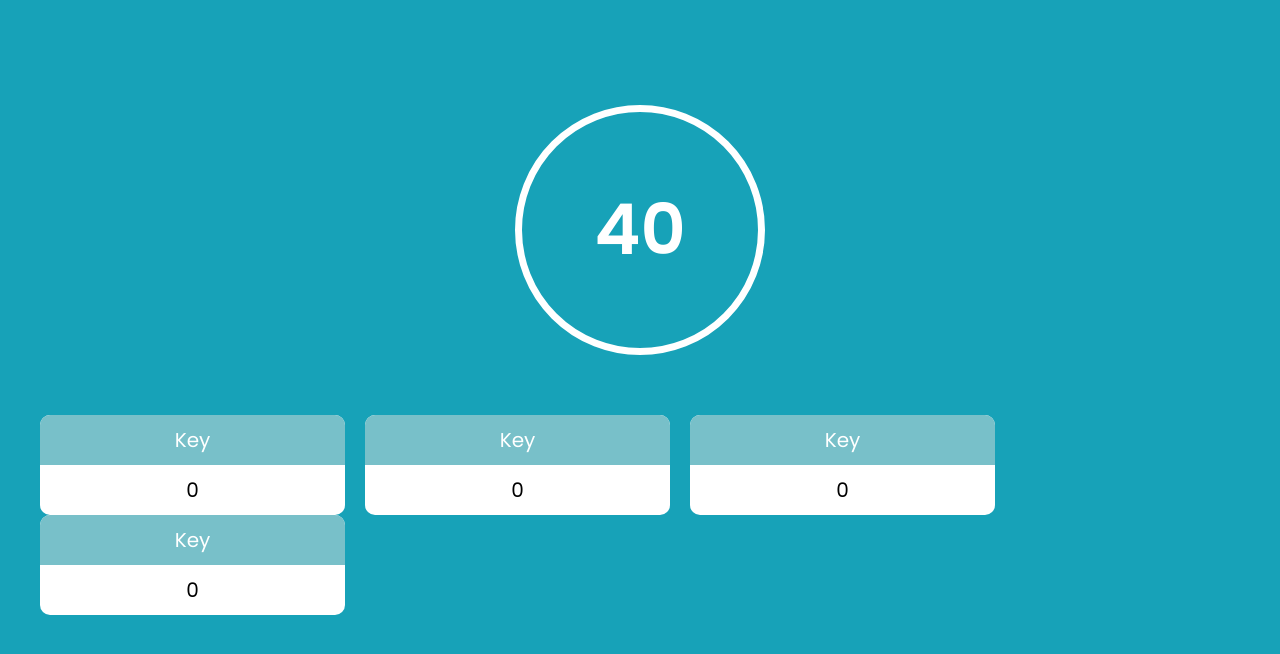
Repository: congnt98/Lean-javascript-in-project
Page: 30Days/6_Keydown/index.html
An editor plug-in stored every save of this project. The page is shown before and after a run of saves, followed by the edit.
The browser window is 1280 px wide. The pictures show the whole page.

Above is the page before, as saved 2024-02-22 10:28:26.

After the next 3 saves:
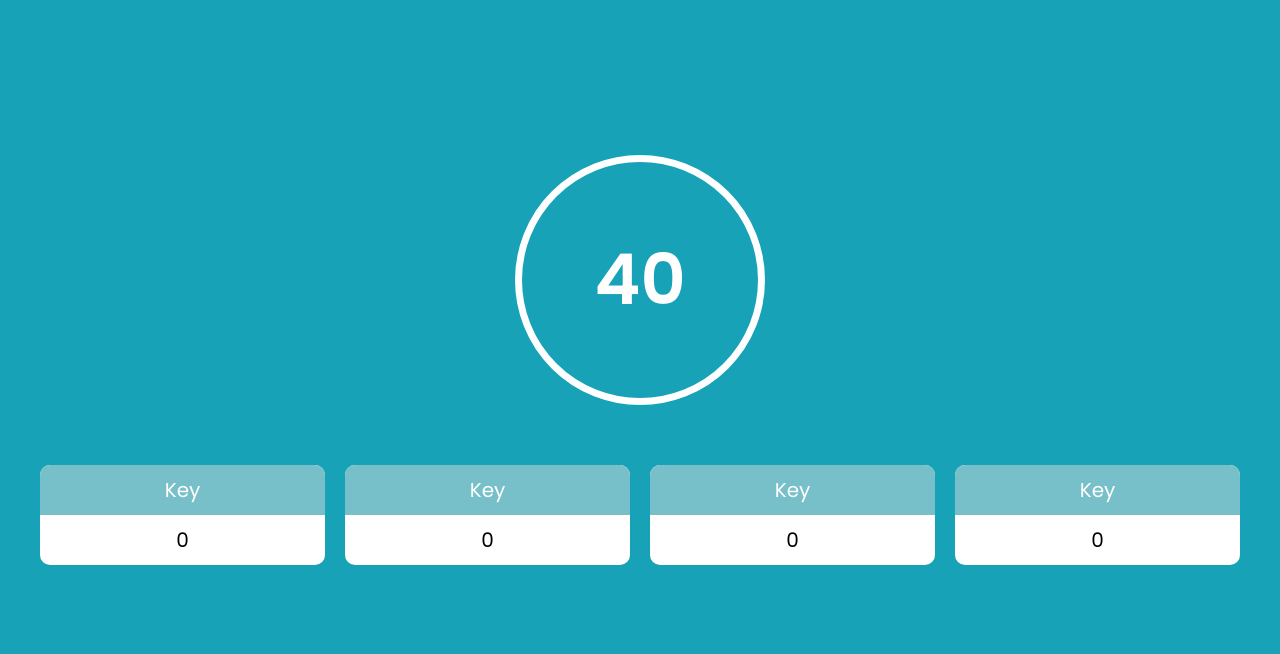
The 3 saves are shown as one change because they came seconds apart.
The last was saved 17 s later.
--- a/30Days/6_Keydown/style.css
+++ b/30Days/6_Keydown/style.css
@@ -75,7 +75,7 @@ body {
     border-radius: 10px;
     overflow: hidden;
     margin-right: var(--gap);
-    width: calc(100% / var(--colums));
+    width: calc(100% / var(--colums) - var(--gap));
 }
 
 .box .card p {
